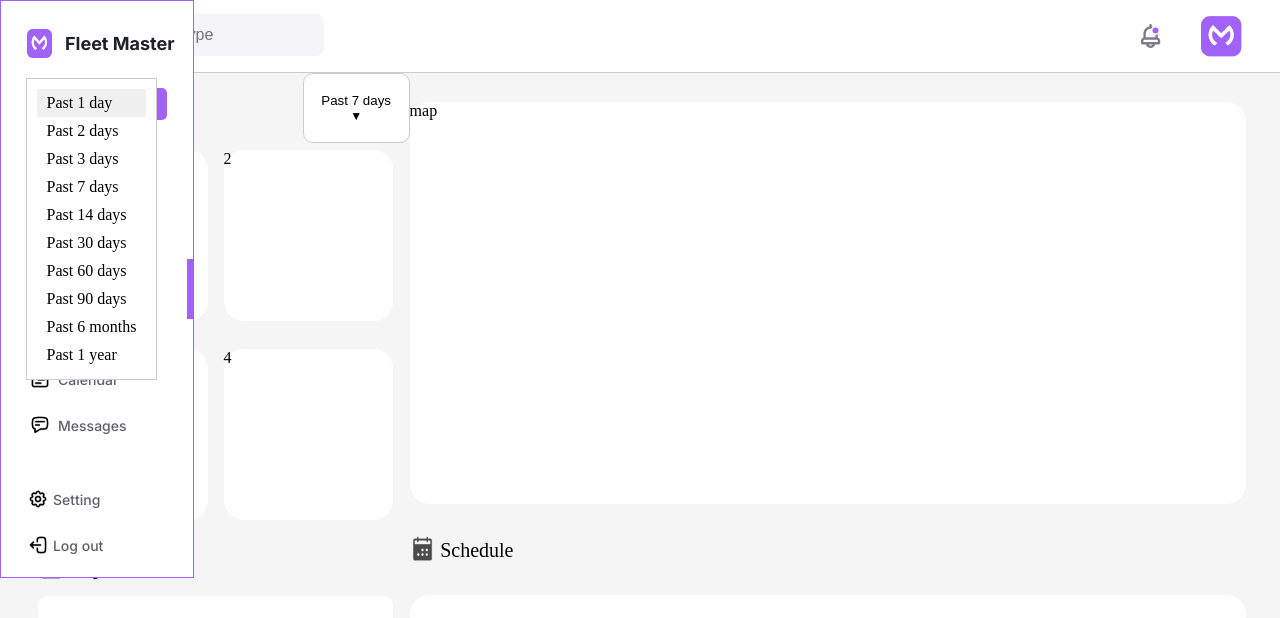
Repository: Designvioux/Car_Managment_System
Page: /, after clicking the first element matching `button.dropdown-button`
The author's editor kept a copy of each file at every save. The page is drawn from the files as they stood at one save, then again after the next save.
The browser window is 1280 px wide. The pictures show the whole page.
The pointer rests on the first visible `.dropdown-item`.
An inner scrolling area shows only its first screen. The project was rebuilt for these pictures with package versions that can differ from the ones it lists, and the page was loaded fresh each time. Also part of the build but not shown: vite.config.js.

Above is the page before, as saved 2025-05-25 21:10:59.

After the next save:
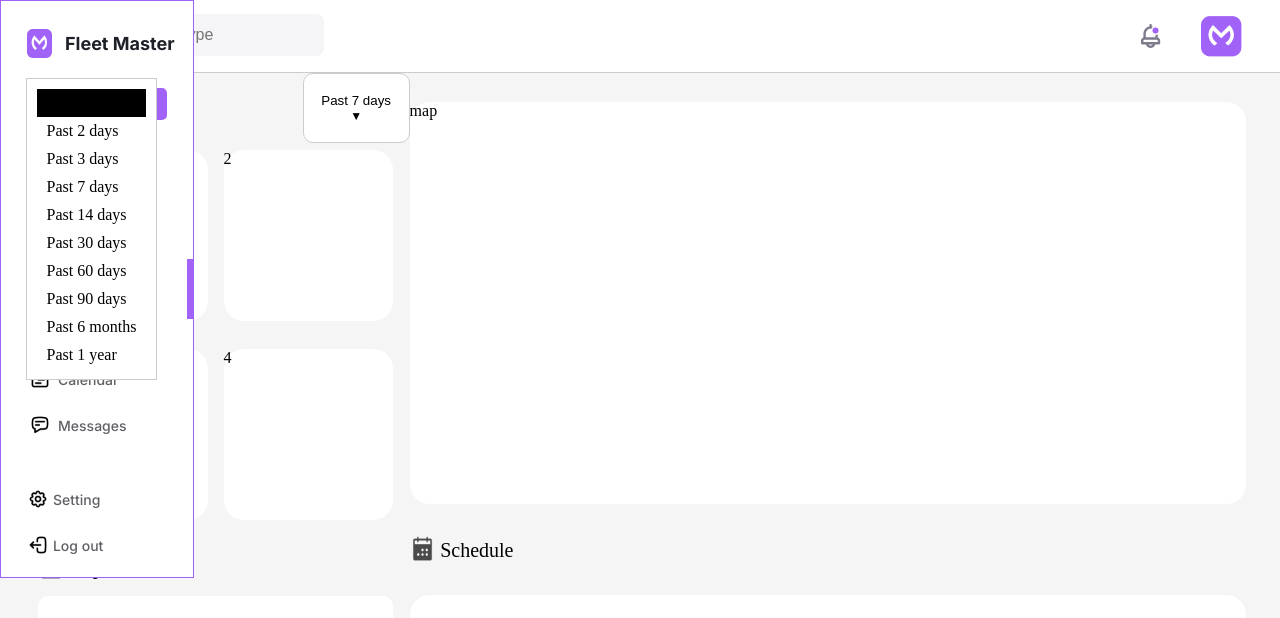
Saved 16 s later.
--- a/src/Components/CSS/Home.css
+++ b/src/Components/CSS/Home.css
@@ -233,7 +233,7 @@
 }
 
 .dropdown-item:hover {
-  background-color: #f0f0f0;
+  background-color: #000000;
 }
 
 

After the save that followed:
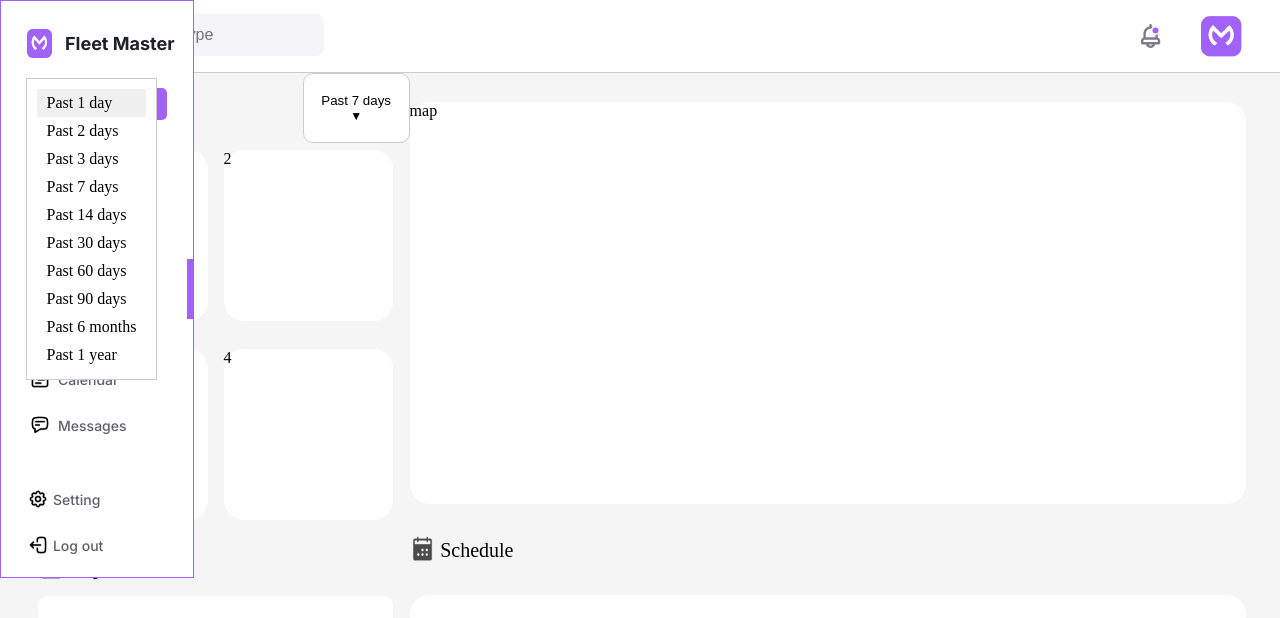
Saved 6 s later.
--- a/src/Components/CSS/Home.css
+++ b/src/Components/CSS/Home.css
@@ -233,7 +233,7 @@
 }
 
 .dropdown-item:hover {
-  background-color: #000000;
+  background-color: #f0f0f0;
 }
 
 
